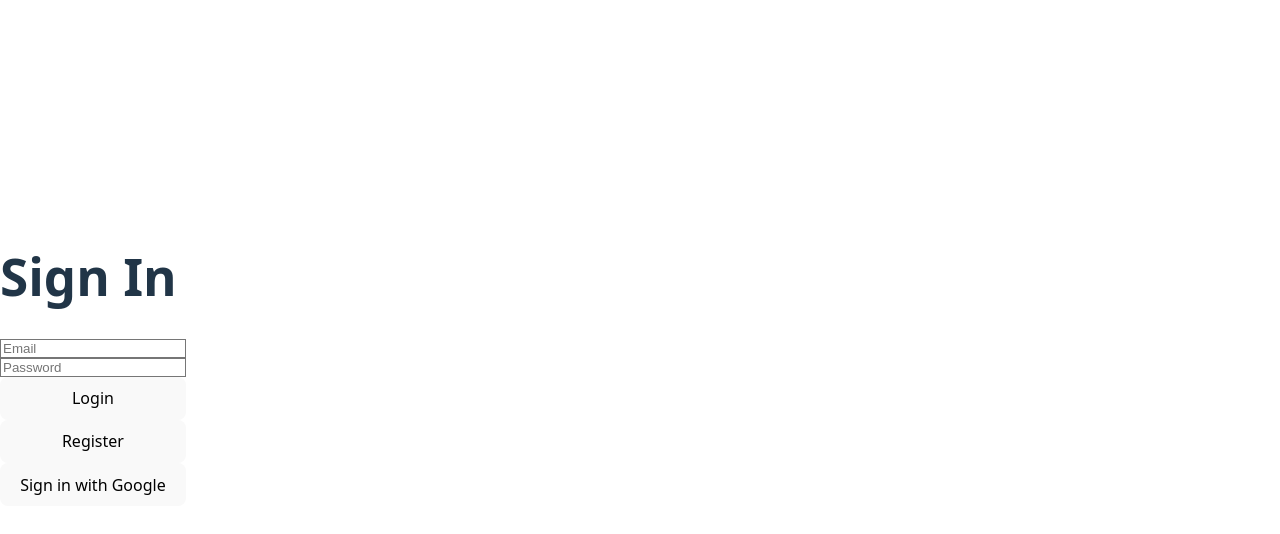
Repository: shkuropatenko/ReactChargingStation
Page: /dashboard (app in data-viz-platform/)
The author's editor kept a copy of each file at every save. The page is drawn from the files as they stood at one save, then again after the next save.
The browser window is 1280 px wide. The pictures show the whole page.
The project was rebuilt for these pictures with package versions that can differ from the ones it lists, and the page was loaded fresh each time. Also part of the build but not shown: data-viz-platform/vite.config.ts, data-viz-platform/src/pages/Dashboard.tsx.

Above is the page before, as saved 2025-04-07 18:23:55.

### data-viz-platform/src/main.tsx
import { StrictMode } from "react";
import { createRoot } from "react-dom/client";
import "./index.css";
import App from "./App.tsx";
import { AuthProvider } from "./context/AuthContext";

createRoot(document.getElementById("root")!).render(
  <StrictMode>
    <AuthProvider>
      <App />
    </AuthProvider>
  </StrictMode>
);

### data-viz-platform/src/App.tsx
import { BrowserRouter as Router, Routes, Route } from "react-router-dom";
import Home from "./pages/Home";
import Dashboard from "./pages/Dashboard";
import PrivateRoute from "./routes/PrivateRoute";

function App() {
  return (
    <Router>
      <Routes>
        <Route path="/" element={<Home />} />
        <Route
          path="/dashboard"
          element={
            <PrivateRoute>
              <Dashboard />
            </PrivateRoute>
          }
        />
      </Routes>
    </Router>
  );
}

export default App;

### data-viz-platform/src/context/AuthContext.tsx
import {
  createContext,
  useContext,
  useEffect,
  useState,
  ReactNode,
} from "react";
import { User, onAuthStateChanged } from "firebase/auth";
import { auth } from "../firebase";

interface AuthContextType {
  user: User | null;
  loading: boolean;
}

const AuthContext = createContext<AuthContextType | undefined>(undefined);

export const AuthProvider = ({ children }: { children: ReactNode }) => {
  const [user, setUser] = useState<User | null>(null);
  const [loading, setLoading] = useState(true);

  useEffect(() => {
    const unsub = onAuthStateChanged(auth, (firebaseUser) => {
      setUser(firebaseUser);
      setLoading(false);
    });

    return () => unsub();
  }, []);

  return (
    <AuthContext.Provider value={{ user, loading }}>
      {children}
    </AuthContext.Provider>
  );
};

export const useAuth = () => {
  const ctx = useContext(AuthContext);
  if (!ctx) throw new Error("useAuth must be used within AuthProvider");
  return ctx;
};

### data-viz-platform/src/pages/Home.tsx
import { useState } from "react";
import {
  signInWithPopup,
  signInWithEmailAndPassword,
  createUserWithEmailAndPassword,
} from "firebase/auth";
import { auth, googleProvider } from "../firebase";
import { useNavigate } from "react-router-dom";

const Home = () => {
  const [email, setEmail] = useState("");
  const [password, setPassword] = useState("");
  const navigate = useNavigate();

  const loginWithGoogle = async () => {
    try {
      await signInWithPopup(auth, googleProvider);
      navigate("/dashboard");
    } catch (err) {
      console.error(err);
    }
  };

  const loginWithEmail = async () => {
    try {
      await signInWithEmailAndPassword(auth, email, password);
      navigate("/dashboard");
    } catch (err) {
      console.error(err);
    }
  };

  const signUp = async () => {
    try {
      await createUserWithEmailAndPassword(auth, email, password);
      navigate("/dashboard");
    } catch (err) {
      console.error(err);
    }
  };

  return (
    <div className="p-4 max-w-md mx-auto flex flex-col gap-3">
      <h1 className="text-2xl font-bold">Sign In</h1>
      <input
        className="border p-2 rounded"
        type="email"
        placeholder="Email"
        value={email}
        onChange={(e) => setEmail(e.target.value)}
      />
      <input
        className="border p-2 rounded"
        type="password"
        placeholder="Password"
        value={password}
        onChange={(e) => setPassword(e.target.value)}
      />
      <button
        onClick={loginWithEmail}
        className="bg-blue-500 text-white py-2 rounded"
      >
        Login
      </button>
      <button onClick={signUp} className="bg-green-500 text-white py-2 rounded">
        Register
      </button>
      <button
        onClick={loginWithGoogle}
        className="bg-red-500 text-white py-2 rounded"
      >
        Sign in with Google
      </button>
    </div>
  );
};

export default Home;

### data-viz-platform/src/routes/PrivateRoute.tsx
import { Navigate } from "react-router-dom";
import { useAuth } from "../context/AuthContext";
import { JSX } from "react";

const PrivateRoute = ({ children }: { children: JSX.Element }) => {
  const { user, loading } = useAuth();

  if (loading) return <p>Loading...</p>;
  return user ? children : <Navigate to="/" />;
};

export default PrivateRoute;

### data-viz-platform/src/firebase.ts
import { initializeApp } from "firebase/app";
import { getAuth, GoogleAuthProvider } from "firebase/auth";

const firebaseConfig = {
  apiKey: "AIzaSyAZ-oMnnjQPCEzwcPMvrg4hTKzXseC7uKY",
  authDomain: "reactchargingstation.firebaseapp.com",
  projectId: "reactchargingstation",
  storageBucket: "reactchargingstation.firebasestorage.app",
  messagingSenderId: "842769849820",
  appId: "1:842769849820:web:70528c84c62180715cc319",
  measurementId: "G-8YJNLSZEGW",
};

const app = initializeApp(firebaseConfig);
const auth = getAuth(app);
const googleProvider = new GoogleAuthProvider();

export { auth, googleProvider };

Loaded but not shown: data-viz-platform/index.html (common file); data-viz-platform/src/index.css (common file)

After the next save:
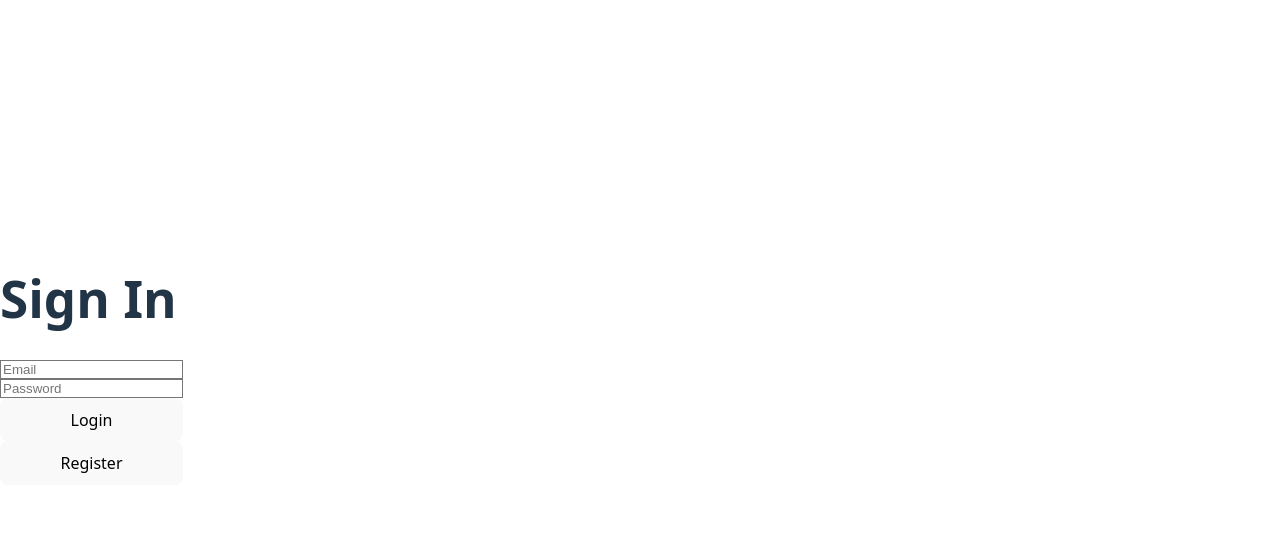
Saved 12 min 31 s later.
--- a/data-viz-platform/src/pages/Home.tsx
+++ b/data-viz-platform/src/pages/Home.tsx
@@ -11,15 +11,6 @@ const Home = () => {
   const [email, setEmail] = useState("");
   const [password, setPassword] = useState("");
   const navigate = useNavigate();
-
-  const loginWithGoogle = async () => {
-    try {
-      await signInWithPopup(auth, googleProvider);
-      navigate("/dashboard");
-    } catch (err) {
-      console.error(err);
-    }
-  };
 
   const loginWithEmail = async () => {
     try {
@@ -65,12 +56,6 @@ const Home = () => {
       <button onClick={signUp} className="bg-green-500 text-white py-2 rounded">
         Register
       </button>
-      <button
-        onClick={loginWithGoogle}
-        className="bg-red-500 text-white py-2 rounded"
-      >
-        Sign in with Google
-      </button>
     </div>
   );
 };
